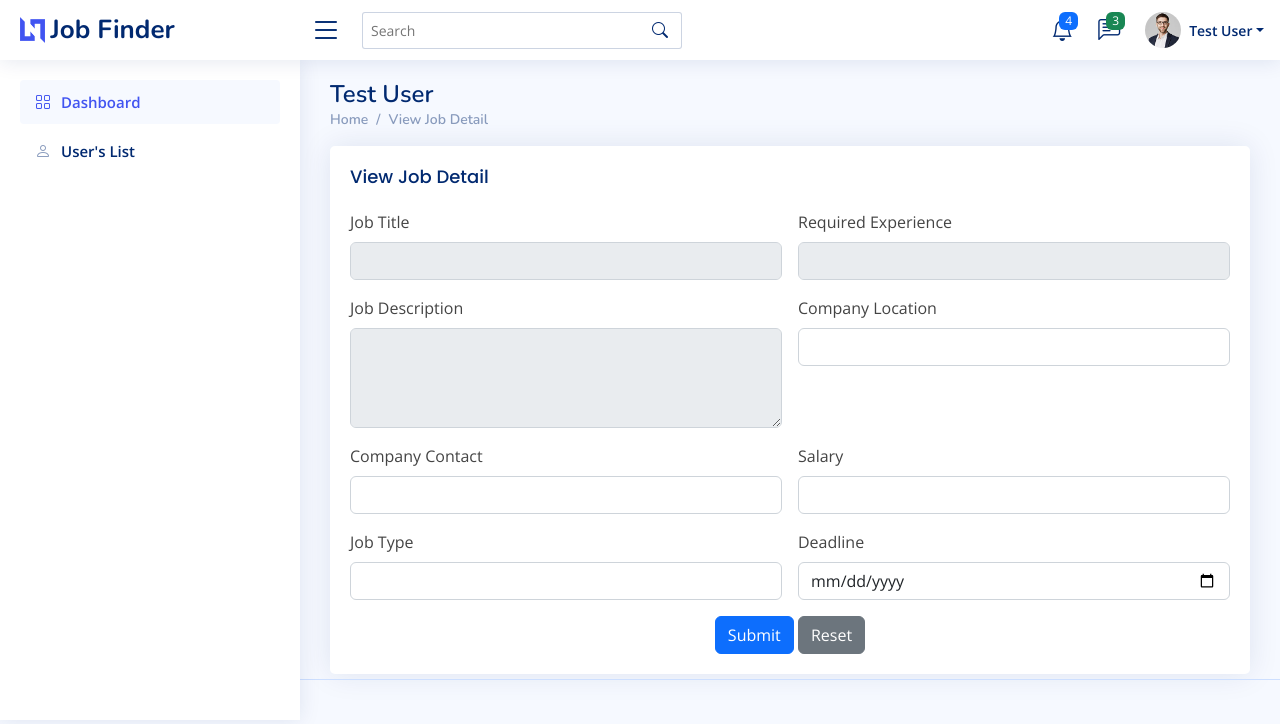
Repository: neha-rouniyar/jobfinder
Page: resources/views/user/viewJobDetail.blade.php
The author's editor kept a copy of each file at every save. The page is drawn from the files as they stood at one save, then again after a run of saves.
The browser window is 1280 px wide. The pictures show the whole page.
The page is served by the project's Laravel application, run on PHP 8.4 with Laravel 10. A made-up administrator, Test User (test@example.com), is signed in. Other server files are loaded and not shown. The template is opened directly, without the code that normally fills it, so the values that code supplies are empty.

Above is the page before, as saved 2023-12-22 13:22:38.

### routes/web.php
<?php

use App\Http\Controllers\Admin\AdminController;
use App\Http\Controllers\JobController;
use App\Http\Controllers\ProfileController;
use App\Http\Controllers\RegisterController;
use Illuminate\Support\Facades\Route;

/*
|--------------------------------------------------------------------------
| Web Routes
|--------------------------------------------------------------------------
|
| Here is where you can register web routes for your application. These
| routes are loaded by the RouteServiceProvider and all of them will
| be assigned to the "web" middleware group. Make something great!
|
*/

Route::get('/', function () {
    return view('welcome');
});

Route::get('/login-form',[RegisterController::class,'loginForm'])->name('login.form');
Route::get('/register-form',[RegisterController::class,'registerForm'])->name('register.form');
Route::get('/employer-form',[RegisterController::class,'employerForm'])->name('employer.form');
Route::post('/user/register-form',[RegisterController::class,'userRegisterStore'])->name('user.register.submit');
Route::post('/employer/register-form',[RegisterController::class,'companyRegisterStore'])->name('company.register.submit');
Route::post('/login-submit',[RegisterController::class,'loginAuthenticate'])->name('login.submit');





Route::get('/verify-email/{token}',[RegisterController::class,'verifyEmail'])->name('verify.email');


//admin page
Route::get('/admin-dashboard',[AdminController::class,'index'])->name('admin.dashboard');
Route::get('/admin-logout',[AdminController::class,'logout'])->name('admin.logout');
Route::get('/admin/users-list',[AdminController::class,'userList'])->name('admin.users.list');

//company only
Route::get('/employer/my-profile',[ProfileController::class,'myProfile'])->name('company.profile');



//common routes
Route::get('/admin/new-job',[JobController::class,'newJob'])->name('admin.new.job');
Route::post('/admin/new-job-store',[JobController::class,'newJobStore'])->name('admin.newJob.store');
Route::get('/admin/view-jobs',[JobController::class,'viewJobs'])->name('admin.viewJobs');
Route::get('/admin/edit-job/{id}',[JobController::class,'jobEdit'])->name('admin.job.edit');
Route::post('/admin/update-job/{id}',[JobController::class,'jobUpdate'])->name('admin.job.update');





//user
Route::get('/user/view-jobs-list',[JobController::class,'userViewJobs'])->name('user.view.jobs');
Route::get('/user/my-profile',[ProfileController::class,'userProfile'])->name('user.myProfile');
Route::get('/user/view-job/{id}',[ProfileController::class,'viewJobDetail'])->name('view.jobDetail');

### app/Models/User.php
<?php

namespace App\Models;

// use Illuminate\Contracts\Auth\MustVerifyEmail;
use Illuminate\Database\Eloquent\Factories\HasFactory;
use Illuminate\Foundation\Auth\User as Authenticatable;
use Illuminate\Notifications\Notifiable;
use Laravel\Sanctum\HasApiTokens;

class User extends Authenticatable
{
    use HasApiTokens, HasFactory, Notifiable;

    /**
     * The attributes that are mass assignable.
     *
     * @var array<int, string>
     */
    protected $fillable = [
        'name',
        'email',
        'password',
    ];

    /**
     * The attributes that should be hidden for serialization.
     *
     * @var array<int, string>
     */
    protected $hidden = [
        'password',
        'remember_token',
    ];

    /**
     * The attributes that should be cast.
     *
     * @var array<string, string>
     */
    protected $casts = [
        'email_verified_at' => 'datetime',
        'password' => 'hashed',
    ];
    public function emailVerification()
    {
        return $this->hasOne(EmailVerification::class);
    }
    public function roles()
    {
        return $this->belongsToMany(User::class,'user_roles','user_id','role_id');
    }
    public function media()
{
    return $this->hasOne(Media::class, 'user_id');
}

}

### resources/views/user/viewJobDetail.blade.php
@extends('admin.index')
@section('content')
<main id="main" class="main">
        <div class="pagetitle">
          <h1>{{Auth::user()->name}}</h1>
          <nav>
            <ol class="breadcrumb">
              <li class="breadcrumb-item"><a href="">Home</a></li>
              <li class="breadcrumb-item">View Job Detail</li>
              {{-- <li class="breadcrumb-item active">Profile</li> --}}
            </ol>
          </nav>
        </div><!-- End Page Title -->

        <div class="col-lg-12">
            <div class="card">
                <div class="card-body">
                    <h5 class="card-title">View Job Detail</h5>
                    <!-- Horizontal Form - Single Row with Two Columns -->
                    <form action="" method="POST" class="row g-3">
                        @csrf
                        <div class="col-md-6">
                            <label for="inputNanme4" class="form-label">Job Title</label>
                            <input type="text" name="title" value="{{$jobDetailData->title}}" disabled class="form-control" id="inputNanme4">
                        </div>
                        <div class="col-md-6">
                            <label for="inputPassword4" class="form-label">Required Experience</label>
                            <input type="text" value="{{$jobDetailData->experience}}" disabled name="experience" class="form-control" id="inputPassword4">
                        </div>
                        <div class="col-md-6">
                            <label for="inputEmail4" class="form-label">Job Description</label>
                            <textarea class="form-control"  disabled name="desc" id="floatingTextarea" style="height: 100px;">{{$jobDetailData->desc}}</textarea>
                        </div>
                        <div class="col-md-6">
                            <label for="inputAddress" class="form-label">Company Location</label>
                            <input type="text" name="address" value="{{$jobDetailData->location}}" class="form-control" id="inputAddress">
                        </div>
                        <div class="col-md-6">
                            <label for="inputAddress" class="form-label">Company Contact</label>
                            <input type="number" name="contact" value="{{$jobDetailData->contact}}"  class="form-control" id="inputAddress">
                        </div>
                        <div class="col-md-6">
                            <label for="inputAddress" class="form-label">Salary</label>
                            <input type="text" name="salary" value="{{$jobDetailData->salary}}" class="form-control" id="inputAddress">
                        </div>
                        <div class="col-md-6">
                            <label for="inputAddress" class="form-label">Job Type</label>
                            <input type="text" name="jobType" value="{{$jobDetailData->job_type}}" class="form-control" id="inputAddress">
                        </div>
                        <div class="col-md-6">
                            <label for="inputAddress" class="form-label">Deadline</label>
                            <input type="date" name="deadline" value="{{$jobDetailData->deadline}}" class="form-control" id="inputAddress">
                        </div>
                        <div class="col-md-12 text-center">
                            <button type="submit" class="btn btn-primary">Submit</button>
                            <button type="reset" class="btn btn-secondary">Reset</button>
                        </div>
                    </form><!-- Horizontal Form - Single Row with Two Columns -->

                </div>
            </div>
        </div>

      </main>



@endsection

### resources/views/admin/index.blade.php
<!DOCTYPE html>
<html lang="en">

<head>
  <meta charset="utf-8">
  <meta content="width=device-width, initial-scale=1.0" name="viewport">

  <title>Dashboard - NiceAdmin Bootstrap Template</title>
  <meta content="" name="description">
  <meta content="" name="keywords">

  <!-- Favicons -->
  <link href="assets/img/favicon.png" rel="icon">
  <link href="assets/img/apple-touch-icon.png" rel="apple-touch-icon">

  @include('admin.adminfiles.css')
</head>
<body>

  <!-- ======= Header ======== -->
@include('admin.adminfiles.navbar')


  <!-- ======= Sidebar ======= -->
  @include('admin.adminfiles.sidebar')

  @yield('content')
  <!-- End #main -->

  <!-- ======= Footer ======= -->
@include('admin.adminfiles.footer')
  <!-- End Footer -->

  <a href="#" class="back-to-top d-flex align-items-center justify-content-center"><i class="bi bi-arrow-up-short"></i></a>

  <!-- Vendor JS Files -->
@include('admin.adminfiles.js')

</body>

</html>

### resources/views/admin/adminfiles/css.blade.php
<link href="https://fonts.gstatic.com" rel="preconnect">
  <link href="https://fonts.googleapis.com/css?family=Open+Sans:300,300i,400,400i,600,600i,700,700i|Nunito:300,300i,400,400i,600,600i,700,700i|Poppins:300,300i,400,400i,500,500i,600,600i,700,700i" rel="stylesheet">

  <!-- Vendor CSS Files -->
  <link href="{{asset('adminasset/vendor/bootstrap/css/bootstrap.min.css')}}" rel="stylesheet">
  <link href="{{asset('adminasset/vendor/bootstrap-icons/bootstrap-icons.css')}}" rel="stylesheet">
  <link href="{{asset('adminasset/vendor/boxicons/css/boxicons.min.css')}}" rel="stylesheet">
  <link href="{{asset('adminasset/vendor/quill/quill.snow.css')}}" rel="stylesheet">
  <link href="{{asset('adminasset/vendor/quill/quill.bubble.css')}}" rel="stylesheet">
  <link href="{{asset('adminasset/vendor/remixicon/remixicon.css')}}" rel="stylesheet">
  <link href="{{asset('adminasset/vendor/simple-datatables/style.css')}}" rel="stylesheet">

  <!-- Template Main CSS File -->
  <link href="{{asset('adminasset/css/style.css')}}" rel="stylesheet">

### resources/views/admin/adminfiles/navbar.blade.php

<header id="header" class="header fixed-top d-flex align-items-center">

    <div class="d-flex align-items-center justify-content-between">
      <a href="index.html" class="logo d-flex align-items-center">
        <img src="{{asset('adminasset/img/logo.png')}}" alt="">
        <span class="d-none d-lg-block">Job Finder</span>
      </a>
      <i class="bi bi-list toggle-sidebar-btn"></i>
    </div><!-- End Logo -->

    <div class="search-bar">
      <form class="search-form d-flex align-items-center" method="POST" action="#">
        <input type="text" name="query" placeholder="Search" title="Enter search keyword">
        <button type="submit" title="Search"><i class="bi bi-search"></i></button>
      </form>
    </div><!-- End Search Bar -->

    <nav class="header-nav ms-auto">
      <ul class="d-flex align-items-center">

        <li class="nav-item d-block d-lg-none">
          <a class="nav-link nav-icon search-bar-toggle " href="#">
            <i class="bi bi-search"></i>
          </a>
        </li><!-- End Search Icon-->

        <li class="nav-item dropdown">

          <a class="nav-link nav-icon" href="#" data-bs-toggle="dropdown">
            <i class="bi bi-bell"></i>
            <span class="badge bg-primary badge-number">4</span>
          </a><!-- End Notification Icon -->

          <ul class="dropdown-menu dropdown-menu-end dropdown-menu-arrow notifications">
            <li class="dropdown-header">
              You have 4 new notifications
              <a href="#"><span class="badge rounded-pill bg-primary p-2 ms-2">View all</span></a>
            </li>
            <li>
              <hr class="dropdown-divider">
            </li>

            <li class="notification-item">
              <i class="bi bi-exclamation-circle text-warning"></i>
              <div>
                <h4>Lorem Ipsum</h4>
                <p>Quae dolorem earum veritatis oditseno</p>
                <p>30 min. ago</p>
              </div>
            </li>

            <li>
              <hr class="dropdown-divider">
            </li>

            <li class="notification-item">
              <i class="bi bi-x-circle text-danger"></i>
              <div>
                <h4>Atque rerum nesciunt</h4>
                <p>Quae dolorem earum veritatis oditseno</p>
                <p>1 hr. ago</p>
              </div>
            </li>

            <li>
              <hr class="dropdown-divider">
            </li>

            <li class="notification-item">
              <i class="bi bi-check-circle text-success"></i>
              <div>
                <h4>Sit rerum fuga</h4>
                <p>Quae dolorem earum veritatis oditseno</p>
                <p>2 hrs. ago</p>
              </div>
            </li>

            <li>
              <hr class="dropdown-divider">
            </li>

            <li class="notification-item">
              <i class="bi bi-info-circle text-primary"></i>
              <div>
                <h4>Dicta reprehenderit</h4>
                <p>Quae dolorem earum veritatis oditseno</p>
                <p>4 hrs. ago</p>
              </div>
            </li>

            <li>
              <hr class="dropdown-divider">
            </li>
            <li class="dropdown-footer">
              <a href="#">Show all notifications</a>
            </li>

          </ul><!-- End Notification Dropdown Items -->

        </li><!-- End Notification Nav -->

        <li class="nav-item dropdown">

          <a class="nav-link nav-icon" href="#" data-bs-toggle="dropdown">
            <i class="bi bi-chat-left-text"></i>
            <span class="badge bg-success badge-number">3</span>
          </a><!-- End Messages Icon -->

          <ul class="dropdown-menu dropdown-menu-end dropdown-menu-arrow messages">
            <li class="dropdown-header">
              You have 3 new messages
              <a href="#"><span class="badge rounded-pill bg-primary p-2 ms-2">View all</span></a>
            </li>
            <li>
              <hr class="dropdown-divider">
            </li>

            <li class="message-item">
              <a href="#">
                <img src="assets/img/messages-1.jpg" alt="" class="rounded-circle">
                <div>
                  <h4>Maria Hudson</h4>
                  <p>Velit asperiores et ducimus soluta repudiandae labore officia est ut...</p>
                  <p>4 hrs. ago</p>
                </div>
              </a>
            </li>
            <li>
              <hr class="dropdown-divider">
            </li>

            <li class="message-item">
              <a href="#">
                <img src="assets/img/messages-2.jpg" alt="" class="rounded-circle">
                <div>
                  <h4>Anna Nelson</h4>
                  <p>Velit asperiores et ducimus soluta repudiandae labore officia est ut...</p>
                  <p>6 hrs. ago</p>
                </div>
              </a>
            </li>
            <li>
              <hr class="dropdown-divider">
            </li>

            <li class="message-item">
              <a href="#">
                <img src="assets/img/messages-3.jpg" alt="" class="rounded-circle">
                <div>
                  <h4>David Muldon</h4>
                  <p>Velit asperiores et ducimus soluta repudiandae labore officia est ut...</p>
                  <p>8 hrs. ago</p>
                </div>
              </a>
            </li>
            <li>
              <hr class="dropdown-divider">
            </li>

            <li class="dropdown-footer">
              <a href="#">Show all messages</a>
            </li>

          </ul><!-- End Messages Dropdown Items -->

        </li><!-- End Messages Nav -->

        <li class="nav-item dropdown pe-3">

          <a class="nav-link nav-profile d-flex align-items-center pe-0" href="#" data-bs-toggle="dropdown">
            <img src="{{asset('adminasset/img/profile-img.jpg')}}" alt="Profile" class="rounded-circle">
            <span class="d-none d-md-block dropdown-toggle ps-2">{{Auth::user()->name}}</span>
          </a><!-- End Profile Iamge Icon -->

          <ul class="dropdown-menu dropdown-menu-end dropdown-menu-arrow profile">
            <li class="dropdown-header">
              <h6></h6>
              <span>Web Designer</span>
            </li>
            <li>
              <hr class="dropdown-divider">
            </li>

            <li>
              <a class="dropdown-item d-flex align-items-center" href="users-profile.html">
                <i class="bi bi-person"></i>
                <span>My Profile</span>
              </a>
            </li>
            <li>
              <hr class="dropdown-divider">
            </li>

            <li>
              <a class="dropdown-item d-flex align-items-center" href="users-profile.html">
                <i class="bi bi-gear"></i>
                <span>Account Settings</span>
              </a>
            </li>
            <li>
              <hr class="dropdown-divider">
            </li>

            <li>
              <a class="dropdown-item d-flex align-items-center" href="pages-faq.html">
                <i class="bi bi-question-circle"></i>
                <span>Need Help?</span>
              </a>
            </li>
            <li>
              <hr class="dropdown-divider">
            </li>

            <li>
              <a class="dropdown-item d-flex align-items-center" href="{{route('admin.logout')}}">
                <i class="bi bi-box-arrow-right"></i>
                <span>Sign Out</span>
              </a>
            </li>

          </ul><!-- End Profile Dropdown Items -->
        </li><!-- End Profile Nav -->

      </ul>
    </nav><!-- End Icons Navigation -->

  </header>

### resources/views/admin/adminfiles/sidebar.blade.php
<aside id="sidebar" class="sidebar">

    <ul class="sidebar-nav" id="sidebar-nav">

      <li class="nav-item">
        <a class="nav-link " href="">
          <i class="bi bi-grid"></i>
          <span>Dashboard</span>
        </a>
      </li>
      @if (Auth::check() && Auth::user()->usertype == 'admin')
        <li class="nav-item">
          <a class="nav-link collapsed" href="{{route('admin.users.list')}}">
              <i class="bi bi-person"></i>
              <span>User's List</span>
          </a>
        </li>
     @endif
  @if (Auth::check() && Auth::user()->usertype == 'employer')
      <li class="nav-item">
        <a class="nav-link collapsed" href="{{route('company.profile')}}">
            <i class="bi bi-person"></i>
            <span>Company Profile</span>
        </a>
      </li>
      <li class="nav-item">
        <a class="nav-link collapsed" data-bs-target="#components-nav-job" data-bs-toggle="collapse" href="#">
          <i class="bi bi-menu-button-wide"></i><span>Jobs</span><i class="bi bi-chevron-down ms-auto"></i>
        </a>
        <ul id="components-nav-job" class="nav-content collapse " data-bs-parent="#sidebar-nav">
          <li>
            <a href="{{route('admin.new.job')}}">
              <i class="bi bi-circle"></i><span>Post new Job</span>
            </a>
          </li>
          <li>
            <a href="{{route('admin.viewJobs')}}">
              <i class="bi bi-circle"></i><span>View Jobs</span>
            </a>
          </li>
        </ul>
      </li>
      <li class="nav-item">
        <a class="nav-link collapsed" data-bs-target="#components-nav" data-bs-toggle="collapse" href="#">
          <i class="bi bi-menu-button-wide"></i><span>Applicants</span><i class="bi bi-chevron-down ms-auto"></i>
        </a>
        <ul id="components-nav" class="nav-content collapse " data-bs-parent="#sidebar-nav">
          <li>
            <a href="components-alerts.html">
              <i class="bi bi-circle"></i><span>View Applicants</span>
            </a>
          </li>
          <li>
            <a href="components-accordion.html">
              <i class="bi bi-circle"></i><span>hgdiu</span>
            </a>
          </li>
        </ul>
      </li>
  @endif
  @if (Auth::check() && Auth::user()->usertype == 'regular')
      <li class="nav-item">
        <a class="nav-link collapsed" href="{{route('user.myProfile')}}">
            <i class="bi bi-person"></i>
            <span>My Profile</span>
        </a>
      </li>
      <li class="nav-item">
        <a class="nav-link collapsed" href="{{route('user.view.jobs')}}">
            <i class="bi bi-person"></i>
            <span>View Jobs</span>
        </a>
      </li>
      <li class="nav-item">
        <a class="nav-link collapsed" href="">
            <i class="bi bi-person"></i>
            <span>Applied Jobs</span>
        </a>
      </li>
      <li class="nav-item">
        <a class="nav-link collapsed" href="">
            <i class="bi bi-person"></i>
            <span>Feedbacks</span>
        </a>
      </li>
  @endif



    </ul>

  </aside>

### resources/views/admin/adminfiles/footer.blade.php

<footer id="footer" class="footer">
    {{-- <div class="copyright">
      &copy; Copyright <strong><span>NiceAdmin</span></strong>. All Rights Reserved
    </div>
    <div class="credits">
      <!-- All the links in the footer should remain intact. -->
      <!-- You can delete the links only if you purchased the pro version. -->
      <!-- Licensing information: https://bootstrapmade.com/license/ -->
      <!-- Purchase the pro version with working PHP/AJAX contact form: https://bootstrapmade.com/nice-admin-bootstrap-admin-html-template/ -->
      Designed by <a href="https://bootstrapmade.com/">BootstrapMade</a>
    </div> --}}
  </footer>

### resources/views/admin/adminfiles/js.blade.php
<script src="https://khalti.com/static/khalti-checkout.js"></script>
{{-- <script src="{{asset('adminasset/js/jquery.js')}}"></script> --}}
<script src="{{asset('adminasset/vendor/apexcharts/apexcharts.min.js')}}"></script>
<script src="{{asset('adminasset/vendor/bootstrap/js/bootstrap.bundle.min.js')}}"></script>
<script src="{{asset('adminasset/vendor/chart.js/chart.umd.js')}}"></script>
<script src="{{asset('adminasset/vendor/echarts/echarts.min.js')}}"></script>
<script src="{{asset('adminasset/vendor/quill/quill.min.js')}}"></script>
<script src="{{asset('adminasset/vendor/simple-datatables/simple-datatables.js')}}"></script>
<script src="{{asset('adminasset/vendor/tinymce/tinymce.min.js')}}"></script>
<script src="{{asset('adminasset/vendor/php-email-form/validate.js')}}"></script>

<!-- Template Main JS File -->
<script src="{{asset('adminasset/js/main.js')}}"></script>

Loaded but not shown: public/adminasset/js/main.js (321 lines, source omitted); public/adminasset/css/style.css (1236 lines, source omitted)

After the next 2 saves:
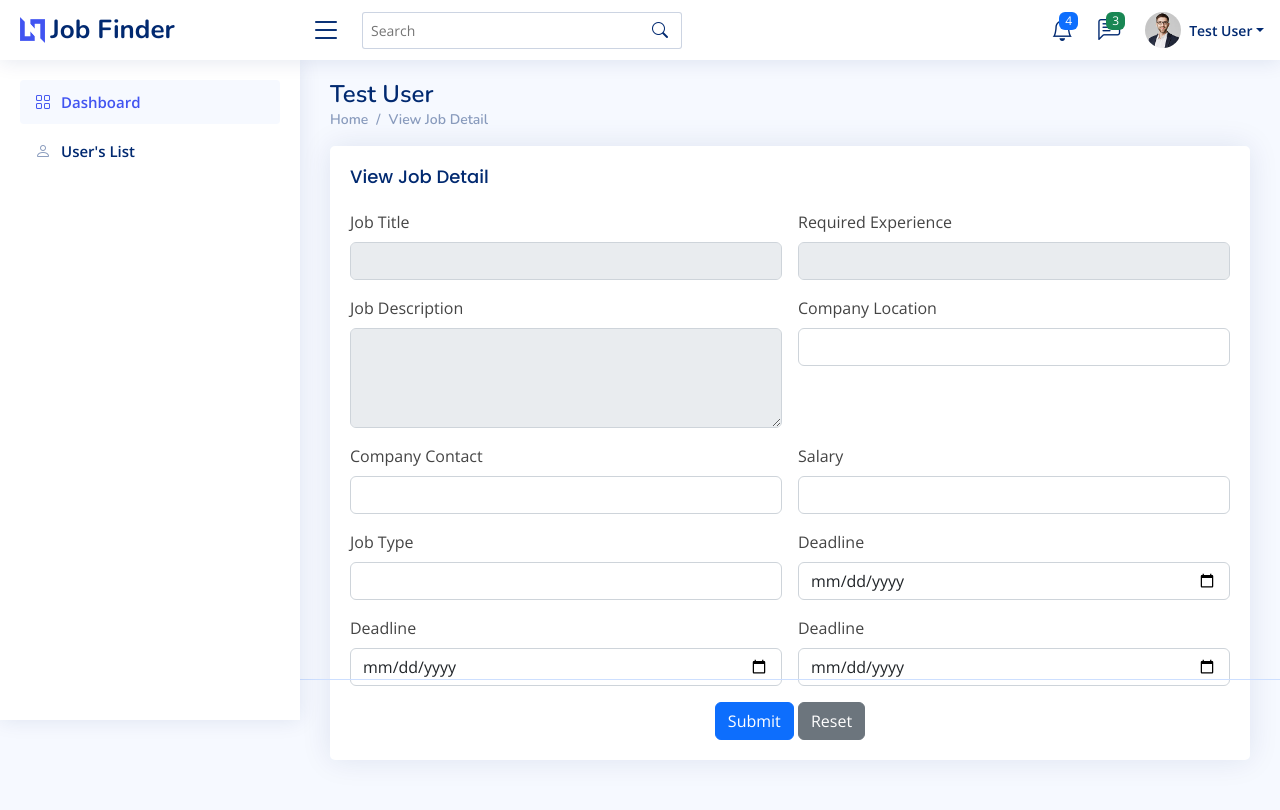
The 2 saves are shown as one change because they came seconds apart.
The last was saved 12 s later.
--- a/resources/views/user/viewJobDetail.blade.php
+++ b/resources/views/user/viewJobDetail.blade.php
@@ -51,6 +51,14 @@
                             <label for="inputAddress" class="form-label">Deadline</label>
                             <input type="date" name="deadline" value="{{$jobDetailData->deadline}}" class="form-control" id="inputAddress">
                         </div>
+                        <div class="col-md-6">
+                            <label for="inputAddress" class="form-label">Deadline</label>
+                            <input type="date" name="deadline" value="{{$jobDetailData->deadline}}" class="form-control" id="inputAddress">
+                        </div>
+                        <div class="col-md-6">
+                            <label for="inputAddress" class="form-label">Deadline</label>
+                            <input type="date" name="deadline" value="{{$jobDetailData->deadline}}" class="form-control" id="inputAddress">
+                        </div>
                         <div class="col-md-12 text-center">
                             <button type="submit" class="btn btn-primary">Submit</button>
                             <button type="reset" class="btn btn-secondary">Reset</button>
